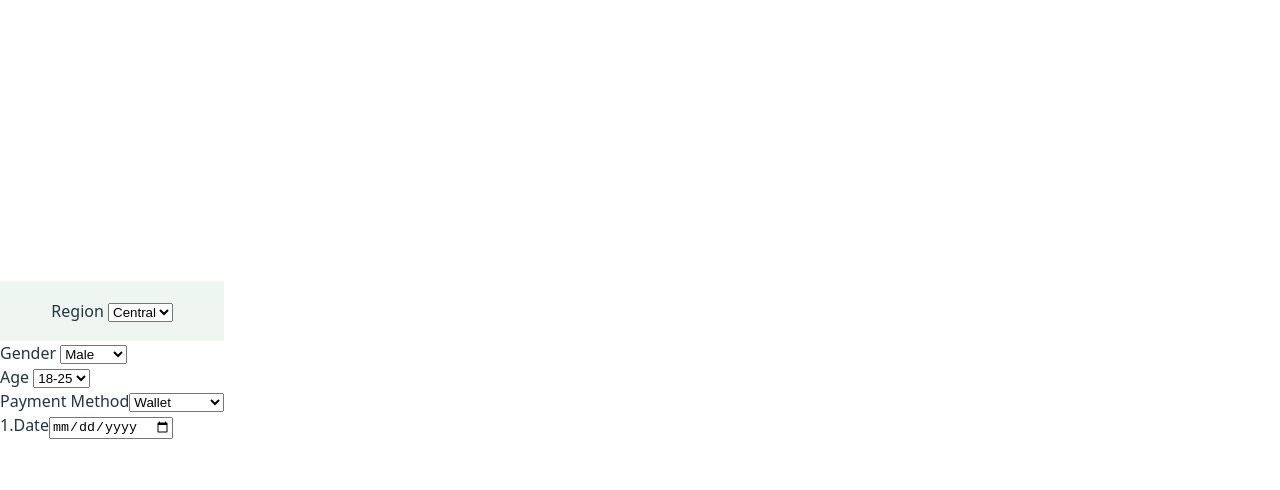
Repository: SandeepYadav18717/TruEstae
Page: / (app in TruEstae/)
The author's editor kept a copy of each file at every save. The page is drawn from the files as they stood at one save, then again after a run of saves.
The browser window is 1280 px wide. The pictures show the whole page.
The project was rebuilt for these pictures with package versions that can differ from the ones it lists, and the page was loaded fresh each time. Also part of the build but not shown: TruEstae/vite.config.js, TruEstae/src/App.css, TruEstae/src/Styles/Logo.css, TruEstae/src/Pages/Logo.jsx, TruEstae/src/Styles/search_bar.css, TruEstae/src/components/search_bar.jsx.

Above is the page before, as saved 2025-12-06 22:16:24.

### TruEstae/index.html
<!doctype html>
<html lang="en">
  <head>
    <meta charset="UTF-8" />
    <link rel="icon" type="image/svg+xml" href="/vite.svg" />
    <meta name="viewport" content="width=device-width, initial-scale=1.0" />
    <title>javascript</title>
  </head>
  <body>
    <div id="root"></div>
    <script type="module" src="/src/main.jsx"></script>
  </body>
</html>

### TruEstae/src/App.jsx
import { useState } from 'react'
import reactLogo from './assets/react.svg'
import viteLogo from '/vite.svg'
import './App.css'

import Logo from './Pages/Logo.jsx'
import SearchBar from './components/search_bar.jsx'
import Home from './Pages/Home.jsx'

function App() {
  return (
    <>


     <Home />
    </>
  )
}

export default App

### TruEstae/src/Pages/Home.jsx
import Logo from './Logo.jsx';
import SearchBar from '../components/search_bar.jsx'
import '../Styles/Home.css';
function Home() {
  return (
    <>
    <div className="Container_Ui">
        <div id ="Customer_Region">
             <label>Region </label>
              <select>
            <option>Central</option>
            <option>North</option>
            <option>South</option>
            <option>East</option>
            <option>West</option>
          </select>
        </div>
        </div>


        <div id ="Gender">
            <label>Gender </label>
               <select>

            <option>Male</option>
            <option>Female</option>

          </select>
        </div>


        <div id ="Age">
            <label>Age </label>
             <select>

            <option>18-25</option>
            <option>26-35</option>
            <option>36-50</option>
            <option>50+</option>
          </select>
        </div>
        <div id ="Product_Category"></div>
        <div id ="Tags"></div>



        <div id ="Payment_Method">
            <label>Payment Method</label>
          <select>
            <option>Wallet</option>
            <option>Cash</option>
            <option>Card</option>
            <option>UPI</option>
            <option>Net Banking</option>
          </select>
        </div>


        <div id ="Date">

            1.
            <label>Date</label>
          <input type="date" />

        </div>

    </>
    )
    }
    export default Home;

### TruEstae/src/Styles/Home.css
.Container_Ui {
  display: flex;
  gap:15px;
  flex-direction: Row;
  align-items: center;
  justify-content: center;
  height: 100vh;
  background-color: #eff6f1;
  height:60px;
  width: 100%;
}

Loaded but not shown: TruEstae/src/main.jsx (common file); TruEstae/src/index.css (common file)

After the next 4 saves:
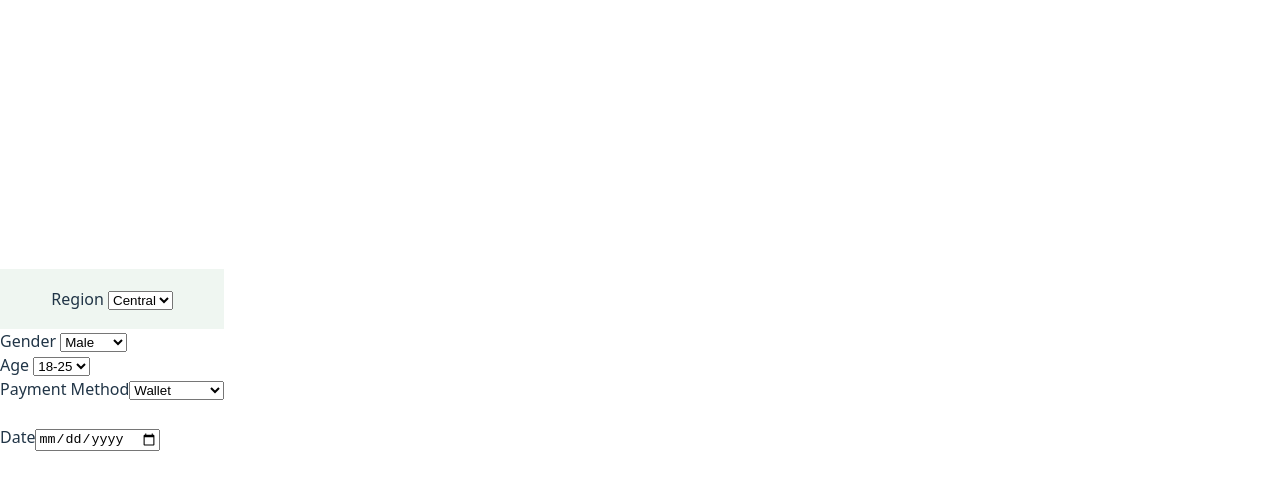
The 4 saves are shown as one change because 1 did not build or start and some came seconds apart.
The last was saved 21 s later.
--- a/TruEstae/src/Pages/Home.jsx
+++ b/TruEstae/src/Pages/Home.jsx
@@ -58,7 +58,7 @@ function Home() {
 
         <div id ="Date">
 
-            1.
+            <br/>
             <label>Date</label>
           <input type="date" />
 
